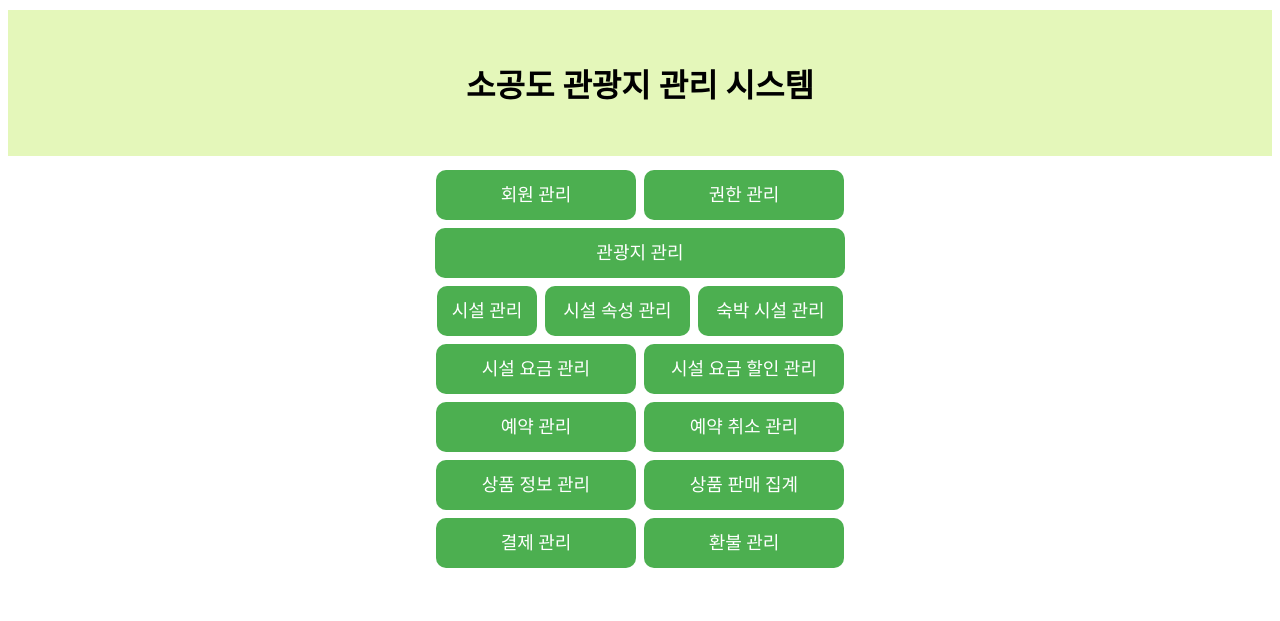
Repository: psyoongsc/SogongDo_Facility
Page: http://localhost/SogongDo_Management_System/index.jsp
The author's editor kept a copy of each file at every save. The page is drawn from the files as they stood at one save, then again after the next save.
The browser window is 1280 px wide. The pictures show the whole page.
The page is served by Tomcat 9. Nobody is signed in. The application's start-up code is not run. Other server files are loaded and not shown.

Above is the page before, as saved 2020-06-25 19:18:04.

### SogongDo_Management_System/WebContent/index.jsp
<%@ page language="java" contentType="text/html; charset=UTF-8"
    pageEncoding="UTF-8"%>
<!DOCTYPE html>
<html>
<head>
<meta charset="EUC-KR">
<title>소공도 관광지 관리 시스템</title>
<style>
a {
	text-decoration: none;
	text-align: center;
	background-color: #4CAF50;
	width: 200px;
	line-height: 50px;
	font-size: large;
	display: inline-block;
	border-radius: 10px 10px;
	margin: 4px 2px;
	color: #FFFFFF;
}

a:hover {
	background-color: #99FF99;
	color: #000000;
	font-weight: bold;
}
</style>
</head>
<body>
	<%@ include file="head_banner.jsp" %>
	<div class="container">
		<a href="Member/view">회원 관리</a>
		<a href="Authority/view">권한 관리</a>
		<br>
		<a style="width: 410px;" href="TouristSite/view">관광지 관리</a>
		<br>
		<a style="width: 100px;" href="Facility/view">시설 관리</a>
		<a style="width: 145px;" href="Facility/Attribute/view">시설 속성 관리</a>
		<a style="width: 145px;" href="Facility/Lodge/view">숙박 시설 관리</a>
		<br>
		<a href="Facility/Charge/view">시설 요금 관리</a>
		<a href="Facility/Charge/discount/view">시설 요금 할인 관리</a>
		<br>
		<a href="Reservation/view">예약 관리</a>
		<a href="Reservation/Cancel/view">예약 취소 관리</a>
		<br>
		<a href="Product/view">상품 정보 관리</a>
		<a href="Product/Sell/view">상품 판매 집계</a>
		<br>
		<a href="Payment/view">결제 관리</a>
		<a href="Refund/view">환불 관리</a>
	</div>
</body>
</html>

### SogongDo_Management_System/WebContent/head_banner.jsp
<%@ page language="java" contentType="text/html; charset=UTF-8"
    pageEncoding="UTF-8"%>
<!DOCTYPE html>
<html>
<head>
<meta charset="EUC-KR">
<title>Insert title here</title>
<style>
.container {
	text-align: center;
}

.title {
	font-size: xx-large;
	font-weight: bold;
	margin: 10px 0px;
	padding: 50px 0px;
	background-color: #E4F7BA;
}
</style>
</head>
<body>
	<div class="container title">
		소공도 관광지 관리 시스템
	</div>
</body>
</html>

After the next save:
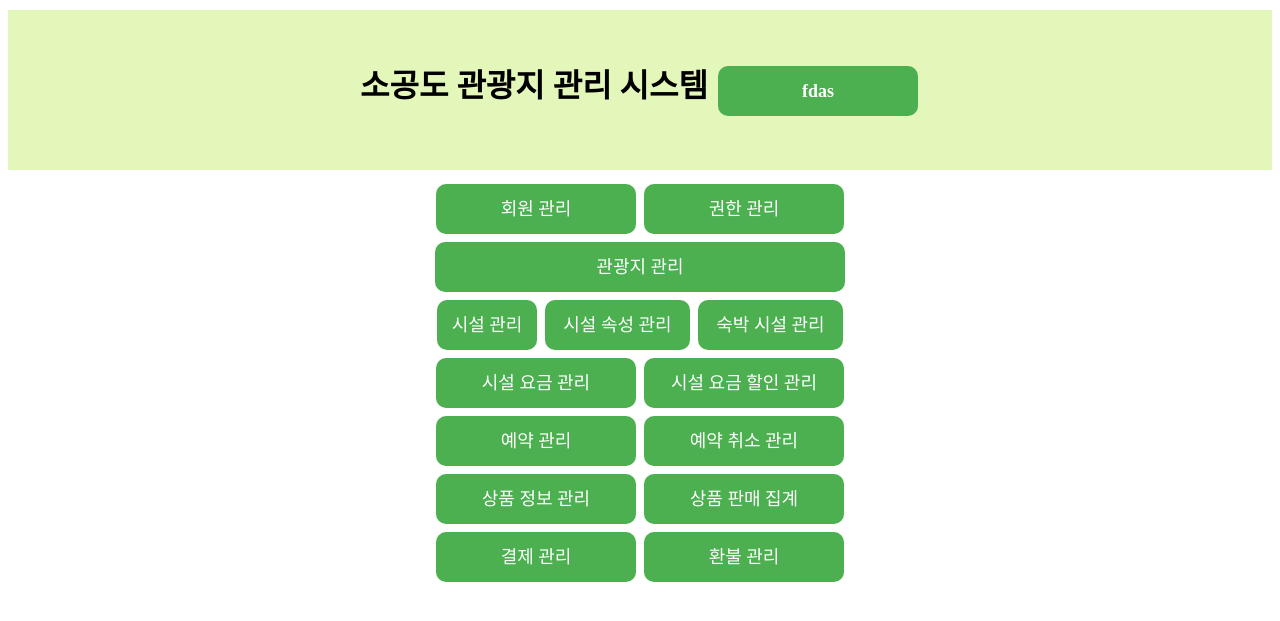
Saved 37 s later.
--- a/SogongDo_Management_System/WebContent/head_banner.jsp
+++ b/SogongDo_Management_System/WebContent/head_banner.jsp
@@ -22,6 +22,7 @@
 <body>
 	<div class="container title">
 		소공도 관광지 관리 시스템
+		<a>fdas</a>
 	</div>
 </body>
 </html>

After the save that followed:
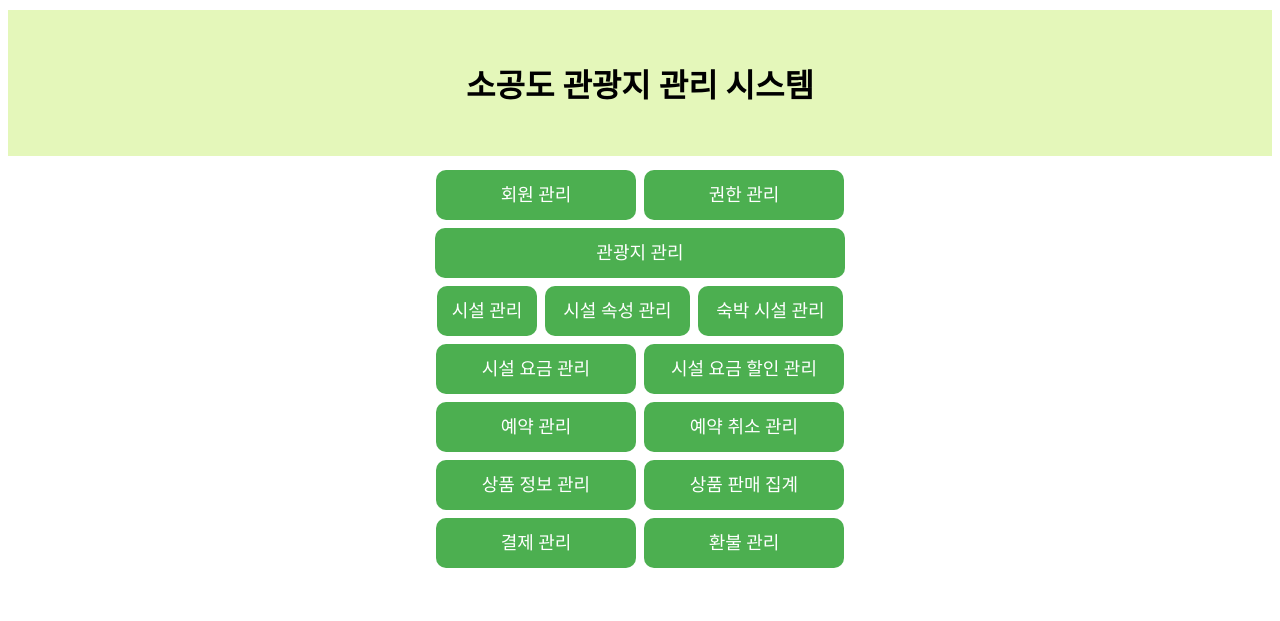
Saved 19 s later.
--- a/SogongDo_Management_System/WebContent/head_banner.jsp
+++ b/SogongDo_Management_System/WebContent/head_banner.jsp
@@ -22,7 +22,6 @@
 <body>
 	<div class="container title">
 		소공도 관광지 관리 시스템
-		<a>fdas</a>
 	</div>
 </body>
 </html>
